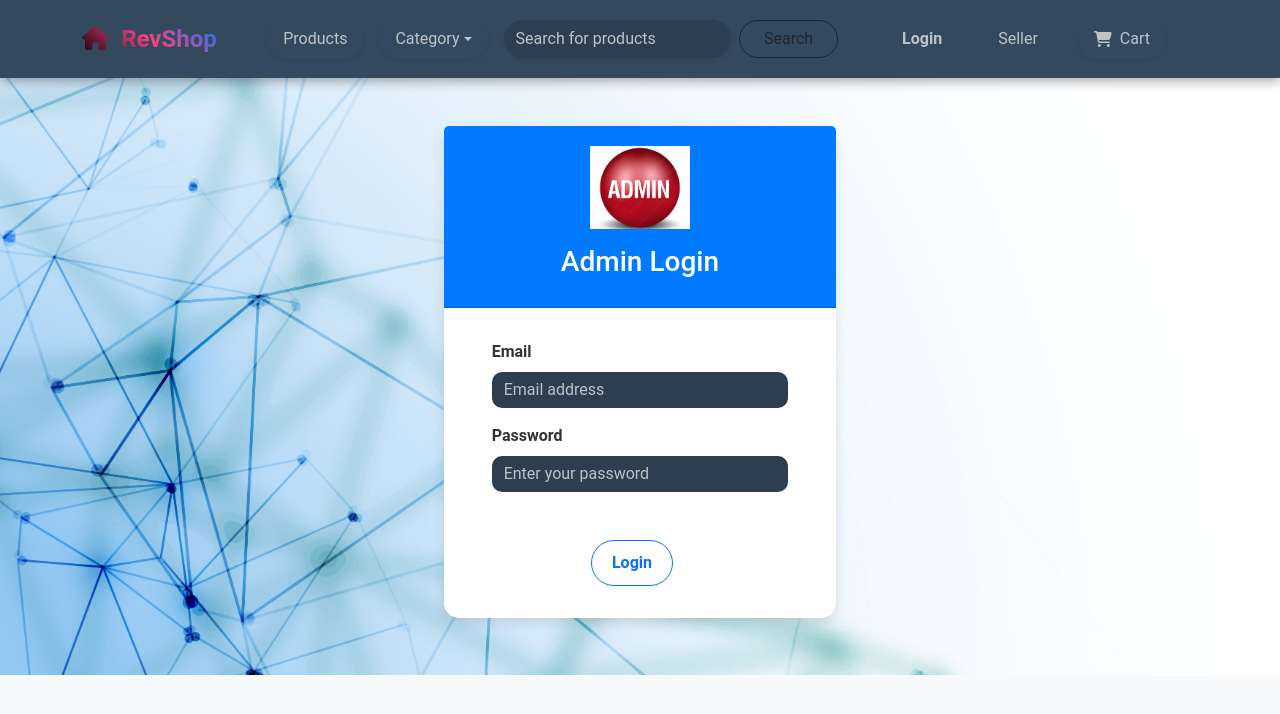
Repository: pratikp99/E-Commerce-Webapp-
Page: http://localhost/Revshop_WebApp/adminlogin.jsp
The author's editor kept a copy of each file at every save. The page is drawn from the files as they stood at one save, then again after the next save.
The browser window is 1280 px wide. The pictures show the whole page.
The page is served by Tomcat 10. Queries for data that is not in the repository find no rows.

Above is the page before, as saved 2024-09-01 05:34:42.

After the next save:
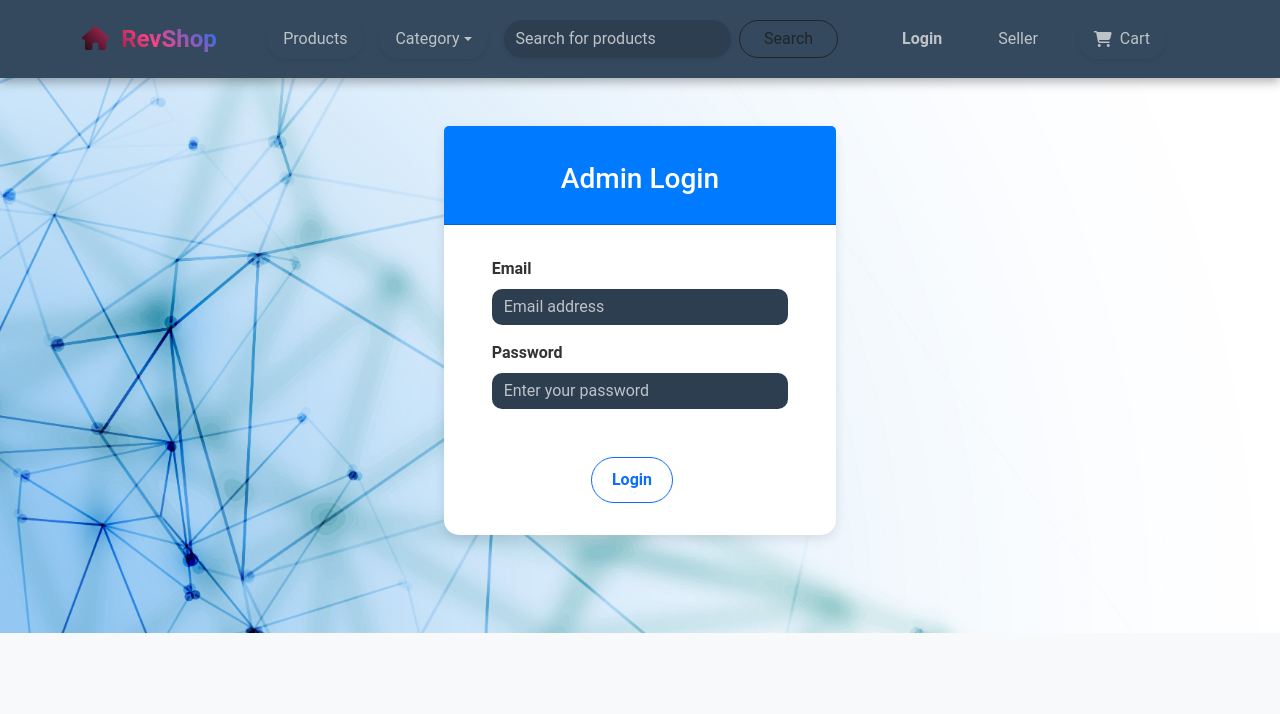
Saved 34 min 30 s later.
--- a/Revshop WebApp/src/main/webapp/adminlogin.jsp
+++ b/Revshop WebApp/src/main/webapp/adminlogin.jsp
@@ -17,7 +17,7 @@
             <div class="col-md-4 offset-md-4">
                 <div class="card">
                     <div class="card-header px-5 text-center">
-                        <img src="Images/admin.png" style="max-width: 100px;" class="img-fluid">
+
                         <h3 class="text-center mt-3">Admin Login</h3>
                         <%@include file="Components/alert_message.jsp"%>
                     </div>
